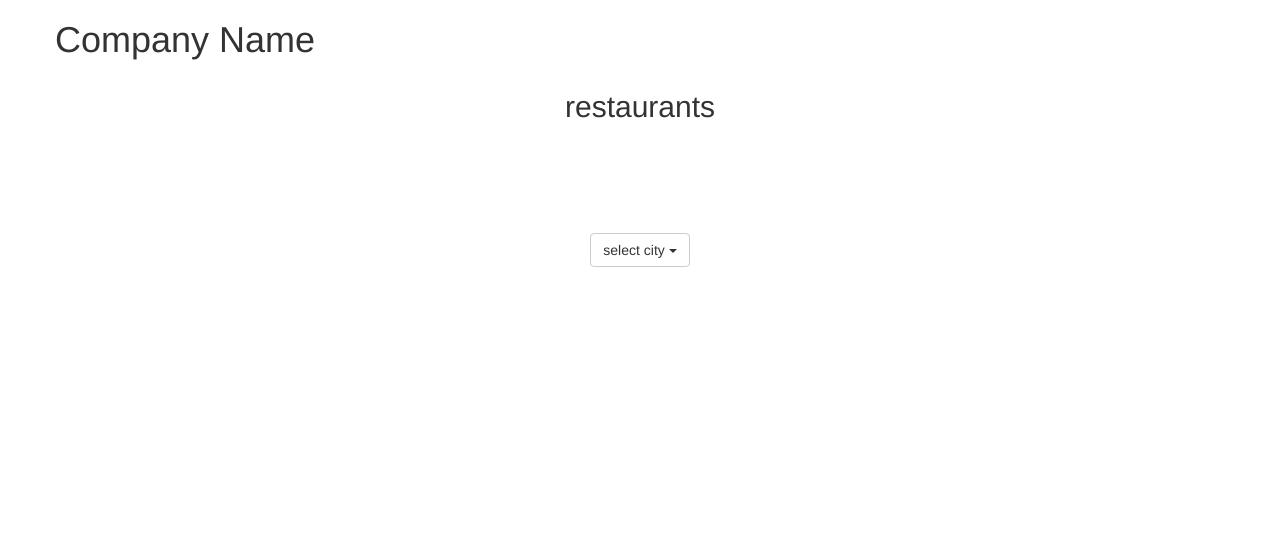
Repository: ganz-95/Denuvo-final
Page: http://localhost/restaurant/
The author's editor kept a copy of each file at every save. The page is drawn from the files as they stood at one save, then again after the next save.
The browser window is 1280 px wide. The pictures show the whole page.
Some web libraries are served in a nearby version. The page is served by Tomcat 9.

Above is the page before, as saved 2017-01-23 14:51:51.

### workspace/restaurant/src/main/webapp/index.jsp
<!DOCTYPE html>
<html>
<head>
  <meta name="viewport" content="width=device-width, initial-scale=1">
  <link rel="stylesheet" href="https://maxcdn.bootstrapcdn.com/bootstrap/3.3.7/css/bootstrap.min.css">
  <script src="https://ajax.googleapis.com/ajax/libs/jquery/3.1.1/jquery.min.js"></script>
  <script src="https://maxcdn.bootstrapcdn.com/bootstrap/3.3.7/js/bootstrap.min.js"></script>
</head>
<body>
<div class="container">
      <div class="row">
        <div class="span12">
          <div class="head">
            <div class="row-fluid">
                <div class="span12">
                    <div class="span6">
                        <h1 class="muted">Company Name</h1>
                    </div>

<div class="container" align="center">
  <h2>restaurants</h2>
  <br><br><br><br><br>

  <div class="dropdown">
    <button class="btn btn-default dropdown-toggle" type="button" data-toggle="dropdown">select city
    <span class="caret"></span></button>
    <ul class="dropdown-menu" align="center">
      <li class="dropdown-header">Popular</li>
      <li><a href="#">Chennai</a></li>
      <li><a href="#">Mumbai</a></li>
      <li><a href="#">Delhi</a></li>
      <li class="divider"></li>
      <li class="dropdown-header">Others</li>
      <li><a href="#">banglore</a></li>
      <li><a href="#">Hyderabad</a></li>
    </ul>
  </div>
</div>

</body>
</html>

After the next save:
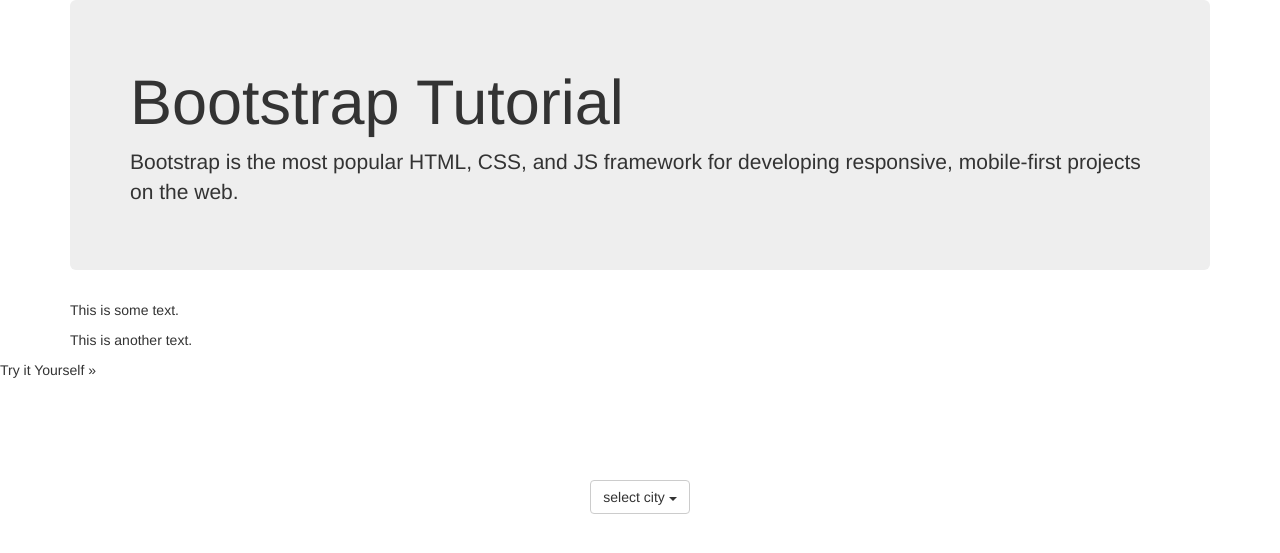
Saved 2 min 22 s later.
--- a/workspace/restaurant/src/main/webapp/index.jsp
+++ b/workspace/restaurant/src/main/webapp/index.jsp
@@ -8,17 +8,19 @@
 </head>
 <body>
 <div class="container">
-      <div class="row">
-        <div class="span12">
-          <div class="head">
-            <div class="row-fluid">
-                <div class="span12">
-                    <div class="span6">
-                        <h1 class="muted">Company Name</h1>
-                    </div>
+  <div class="jumbotron">
+    <h1>Bootstrap Tutorial</h1>
+    <p>Bootstrap is the most popular HTML, CSS, and JS framework for developing
+    responsive, mobile-first projects on the web.</p>
+  </div>
+  <p>This is some text.</p>
+  <p>This is another text.</p>
+</div>
+Try it Yourself »
+
 
 <div class="container" align="center">
-  <h2>restaurants</h2>
+
   <br><br><br><br><br>
 
   <div class="dropdown">
